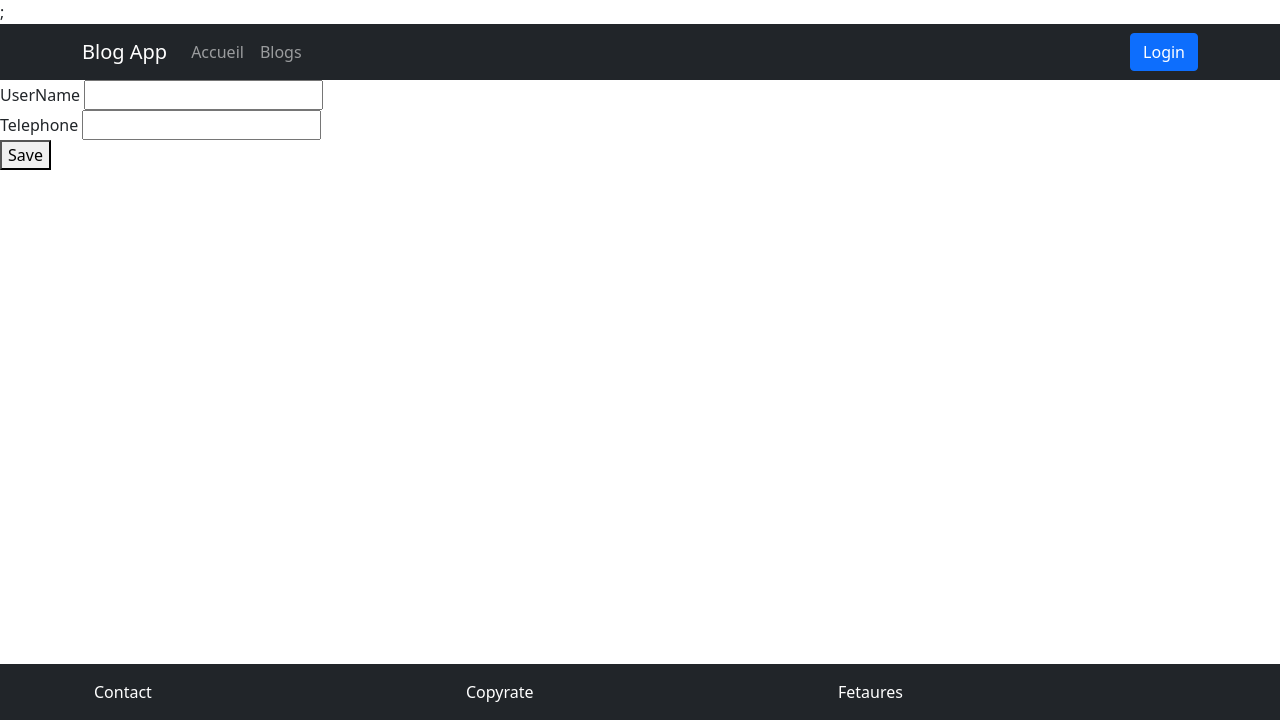
Repository: FS-23/laravel-blog-app
Page: http://localhost/user/create
An editor plug-in stored every save of this project. The page is shown before and after the next save, followed by the edit.
The browser window is 1280 px wide. The pictures show the whole page.
The page is served by the project's Laravel application, run on PHP 8.4 with Laravel 9. Other server files are loaded and not shown.

Above is the page before, as saved 2022-06-07 10:52:29.

### BlogApp/routes/web.php
<?php

use Illuminate\Support\Facades\Route;
use App\Http\Controllers\BlogController;
use App\Http\Controllers\ProductController;


Route::get('/', function () {
    return view('welcome');
});

Route::get('/home', function(){
    $user = ["name" =>  "Nour" , "level" =>  "A"];
    return view('home', $user);
});

Route::get('/blog' , function(){
    return view('blog.home');
});

Route::get('/blog/list' , [BlogController::class , 'index'] );

Route::get('/blog/create' , [BlogController::class  , 'create']);

Route::get('/blog/detail' , [BlogController::class , 'show']);

Route::post('/blog/store' , [BlogController::class , 'store']);

Route::get('/product' , [ProductController::class , 'index']);

Route::get('/user/create', function(){

    return view('user.create');
});

### BlogApp/resources/views/user/create.blade.php
@extends('layout.layout');
@section('content')

<form class="">
    <div>
        <label for="">UserName</label>
        <input type="text">
    </div>
    <div>
        <label for="">Telephone</label>
        <input type="number">
    </div>
    <button>Save</button>
</form>


@endsection

### BlogApp/resources/views/layout/layout.blade.php
<!DOCTYPE html>
<html lang="en">
<head>
    <meta charset="UTF-8">
    <meta name="viewport" content="width=device-width, initial-scale=1.0">
    <meta http-equiv="X-UA-Compatible" content="ie=edge">
    <title>Blog App</title>
    <link rel="stylesheet" href="https://cdn.jsdelivr.net/npm/bootstrap@5.1.3/dist/css/bootstrap.min.css">
    <style>
        html , body {
            min-height: 100vh;
            position: relative;
            width: 100%
        }
        .footer {
            position: absolute;
            bottom: 0;
            width: 100%
        }
    </style>
</head>
<body>
    <nav class="navbar navbar-dark navbar-expand-lg bg-dark">
        <div class="container">
            <div class="navbar-brand">Blog App</div>
            <button class="navbar-toggler" data-bs-toggle="collapse" href="#navbar-container">
                <span class="navbar-toggler-icon"></span>
            </button>
            <div class="collapse navbar-collapse show" id="navbar-container">
                <ul class="navbar-nav">
                    <li class="nav-item">
                        <a href="/" class="nav-link">Accueil</a>
                    </li>
                    <li class="nav-item">
                        <a href="/blog/list" class="nav-link">Blogs</a>
                    </li>
                </ul>
            </div>

            <div>
                <button class="btn btn-primary">
                     Login
                </button>
            </div>

        </div>
    </nav>

    <div class="" style="padding-bottom: 100px">

            @yield("content")

    </div>

     <footer class="bg-dark text-white p-3 footer">
         <div class="container">
             <div class="row mx-0">
                    <div class="col-4">
                        <div> Contact</div>
                    </div>
                    <div class="col-4">
                        <div>Copyrate</div>
                    </div>
                    <div class="col-4">
                        <div>Fetaures</div>
                    </div>
             </div>
         </div>
     </footer>

    <script src="https://cdn.jsdelivr.net/npm/bootstrap@5.1.3/dist/js/bootstrap.min.js"></script>
</body>
</html>

After the next save:
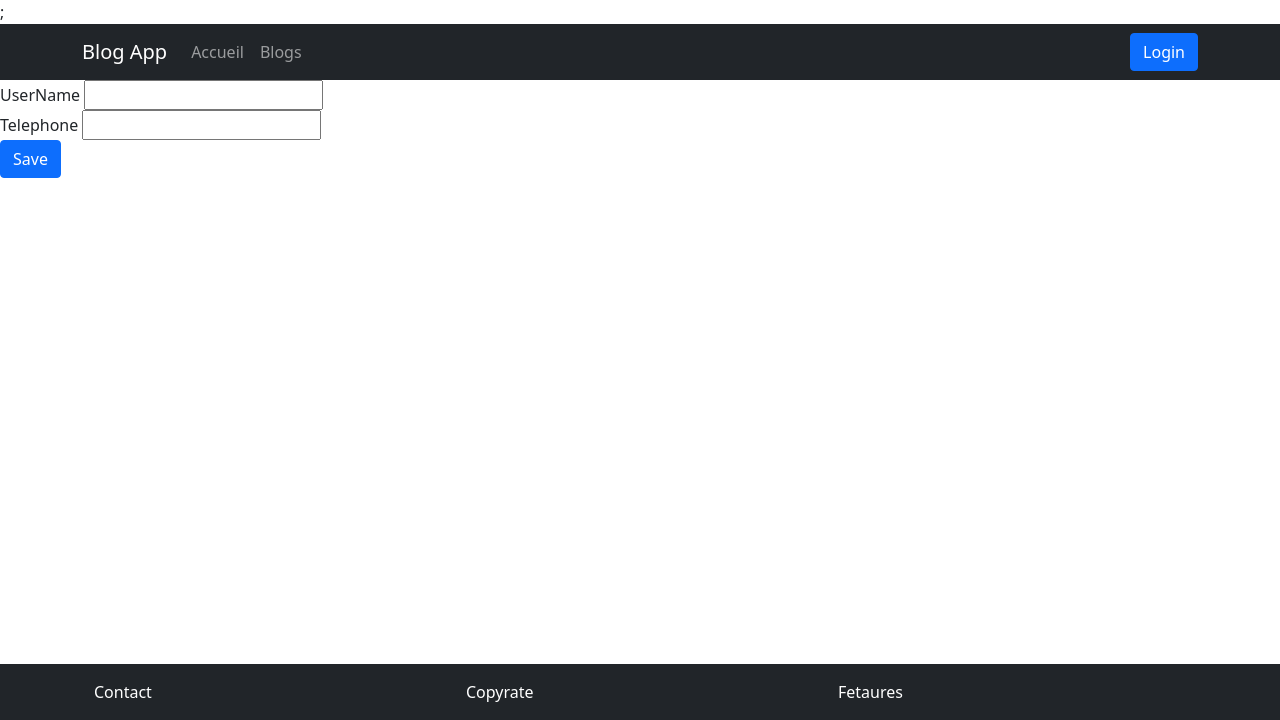
Saved 37 s later.
--- a/BlogApp/resources/views/user/create.blade.php
+++ b/BlogApp/resources/views/user/create.blade.php
@@ -10,7 +10,7 @@
         <label for="">Telephone</label>
         <input type="number">
     </div>
-    <button>Save</button>
+    <button class="btn btn-primary">Save</button>
 </form>
 
 
